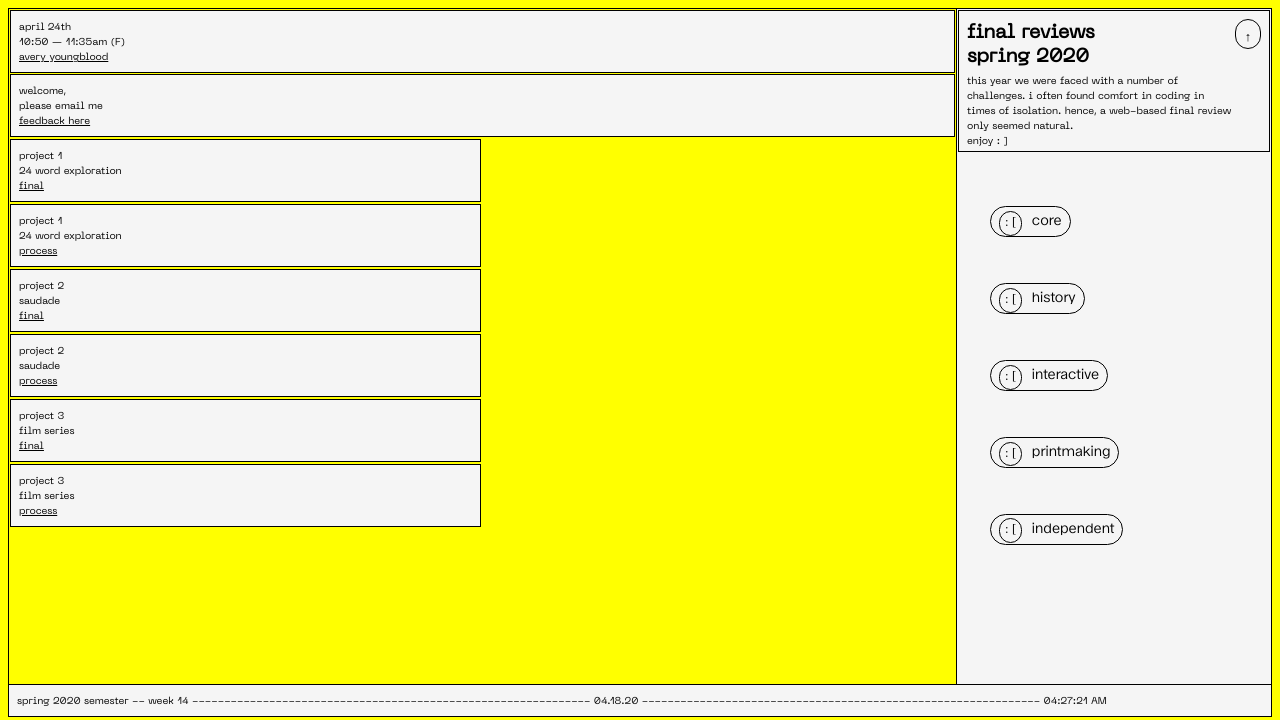
Repository: ayoungblood2/Spring-Semester-2020
Page: index v2/classes/core.html
The author's editor kept a copy of each file at every save. The page is drawn from the files as they stood at one save, then again after the next save.
The browser window is 1280 px wide. The pictures show the whole page.
Some web libraries are served in a nearby version.

Above is the page before, as saved 2020-04-18 15:00:06.

After the next save:
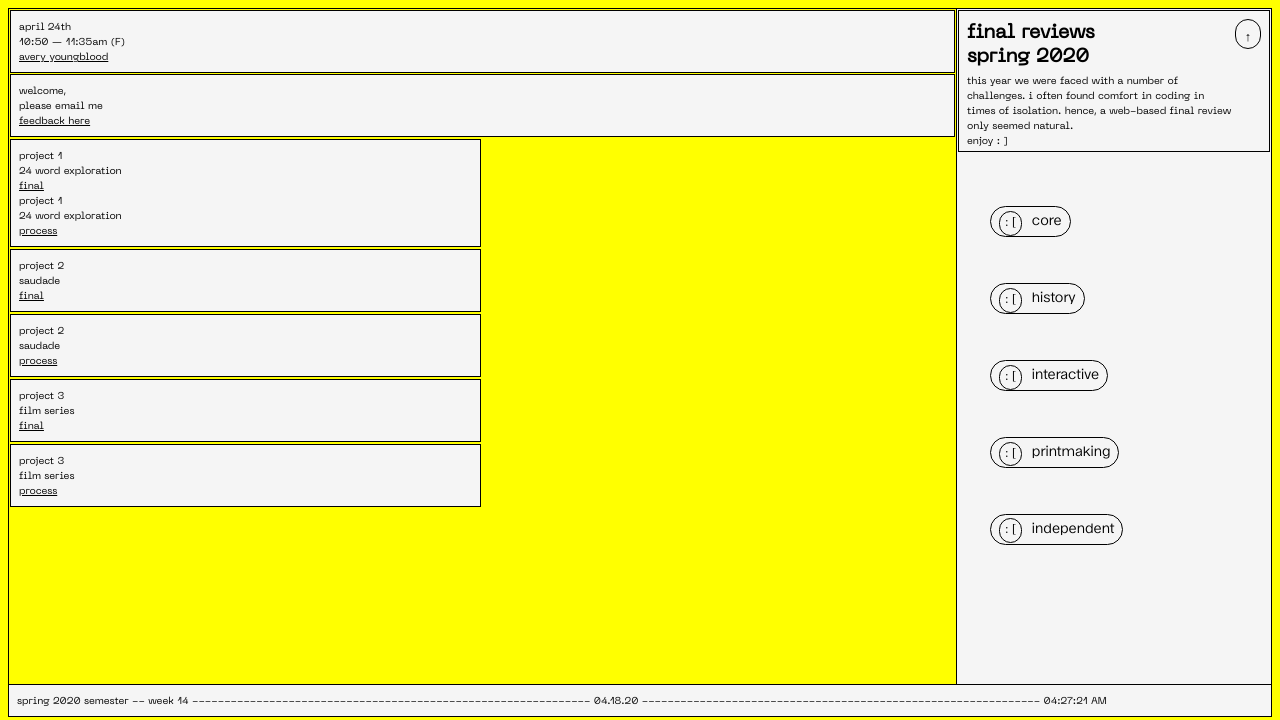
Saved 11 min 21 s later.
--- a/index v2/classes/core.html
+++ b/index v2/classes/core.html
@@ -53,8 +53,8 @@
                 <br> 24 word exploration
                 <br><a href="/index v2/classes/core-prct1-1.html" class="PageHeader--link">final</a>
             </section>
-        </header>
-        <header class="PageHeader PageHeader--home" style="display: inline-flex; width:49.75%;">
+
+
             <section class="PageHeader-classInfo">
                 project 1
                 <br> 24 word exploration
